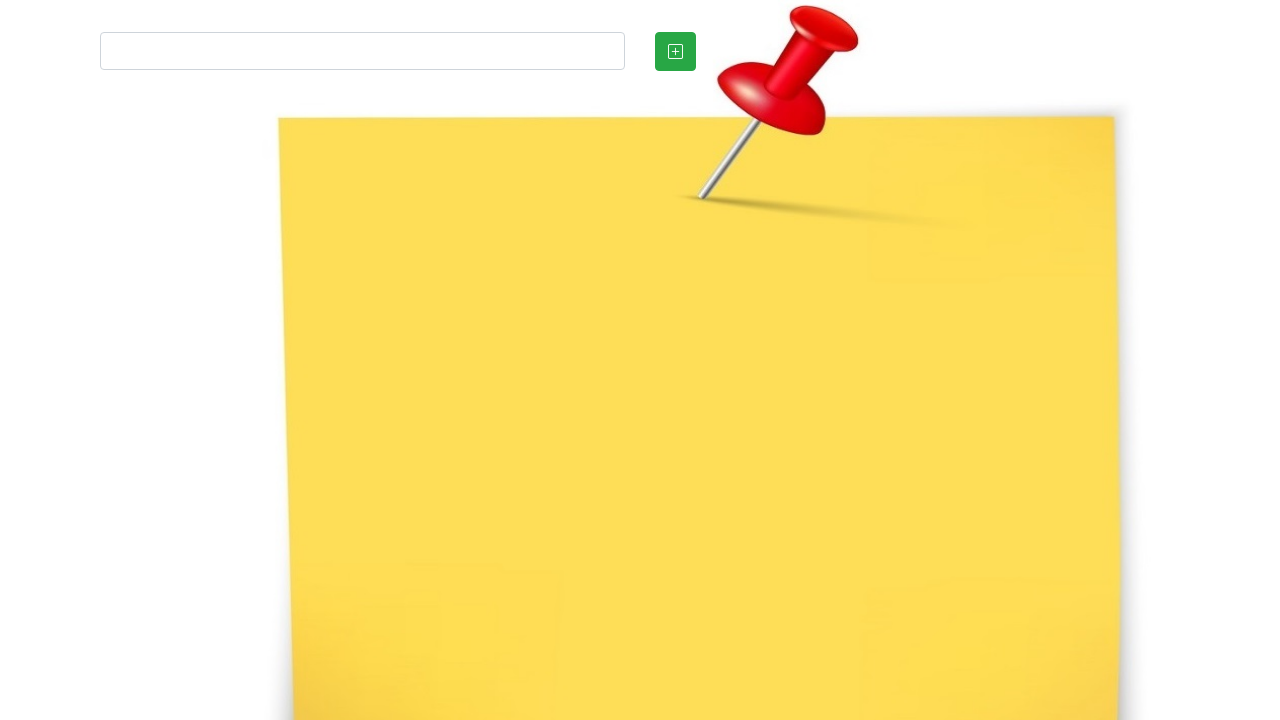
Repository: walaaElbasha/Todo-list-laravel
Page: http://localhost/tasks
An editor plug-in stored every save of this project. The page is shown before and after the next save, followed by the edit.
The browser window is 1280 px wide. The pictures show the whole page.
The page is served by the project's Laravel application, run on PHP 8.4 with Laravel 8. Style sheets and scripts are compiled from the project's sources, by tool versions that may differ from the author's. Queries for data that is not in the repository find no rows.

Above is the page before, as saved 2021-07-01 14:11:57.

After the next save:
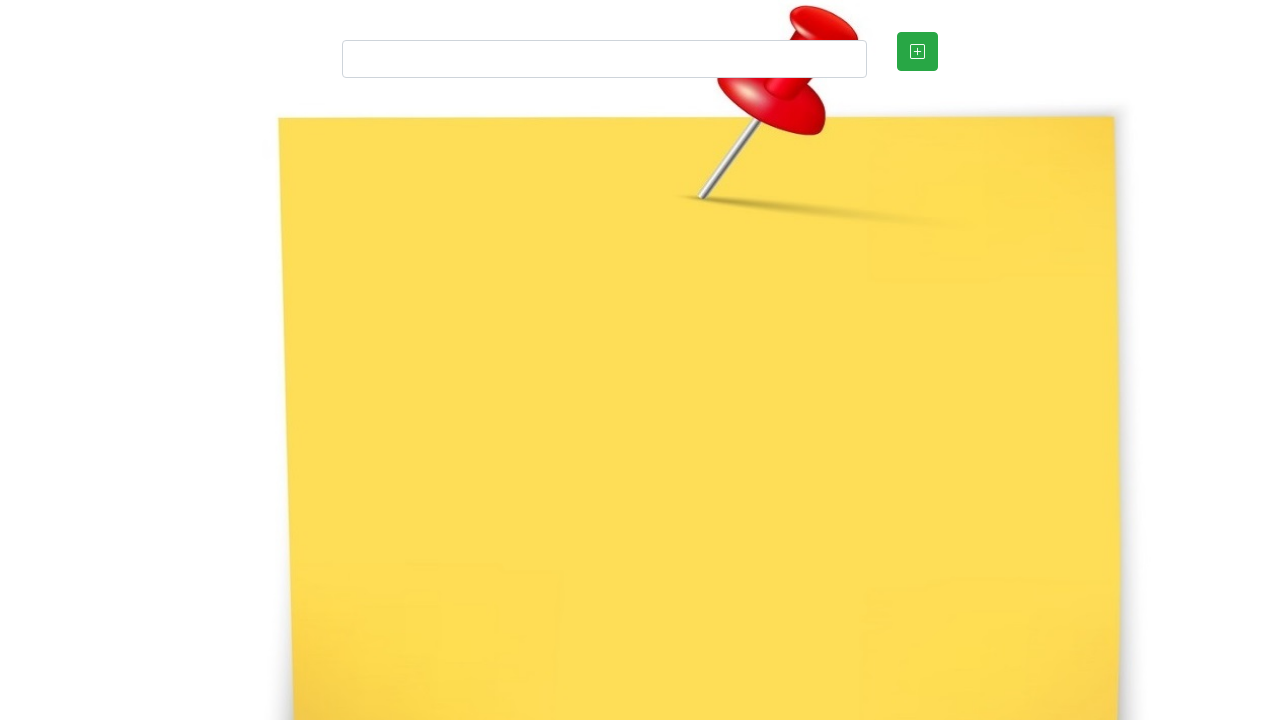
Saved 70 s later.
--- a/resources/views/tasks/index.blade.php
+++ b/resources/views/tasks/index.blade.php
@@ -12,7 +12,7 @@
 
             <li>
 
-                <div  style="display:flex">
+                <div style="display:flex">
                     {{ $task->name}}
 
 
@@ -29,8 +29,8 @@
                             <button onclick="return confirm('Are you sure?')" class="btn btn-danger" type="submit" style="margin-bottom: 20px;"><i class="bi bi-trash-fill"></i></button>
                         </form>
                     </div>
-                    </div>
-                    <br>
+                </div>
+                <br>
             </li>
             @endforeach
         </ul>
@@ -54,7 +54,7 @@
                     </ul>
                 </div>
                 @endif
-                <div style="display:flex">
+                <div style="display:flex; justify-content:center; align-items:center">
                     <div class="col-sm-6">
                         <input type="text" name="name" id="name" class="form-control">
                     </div>
